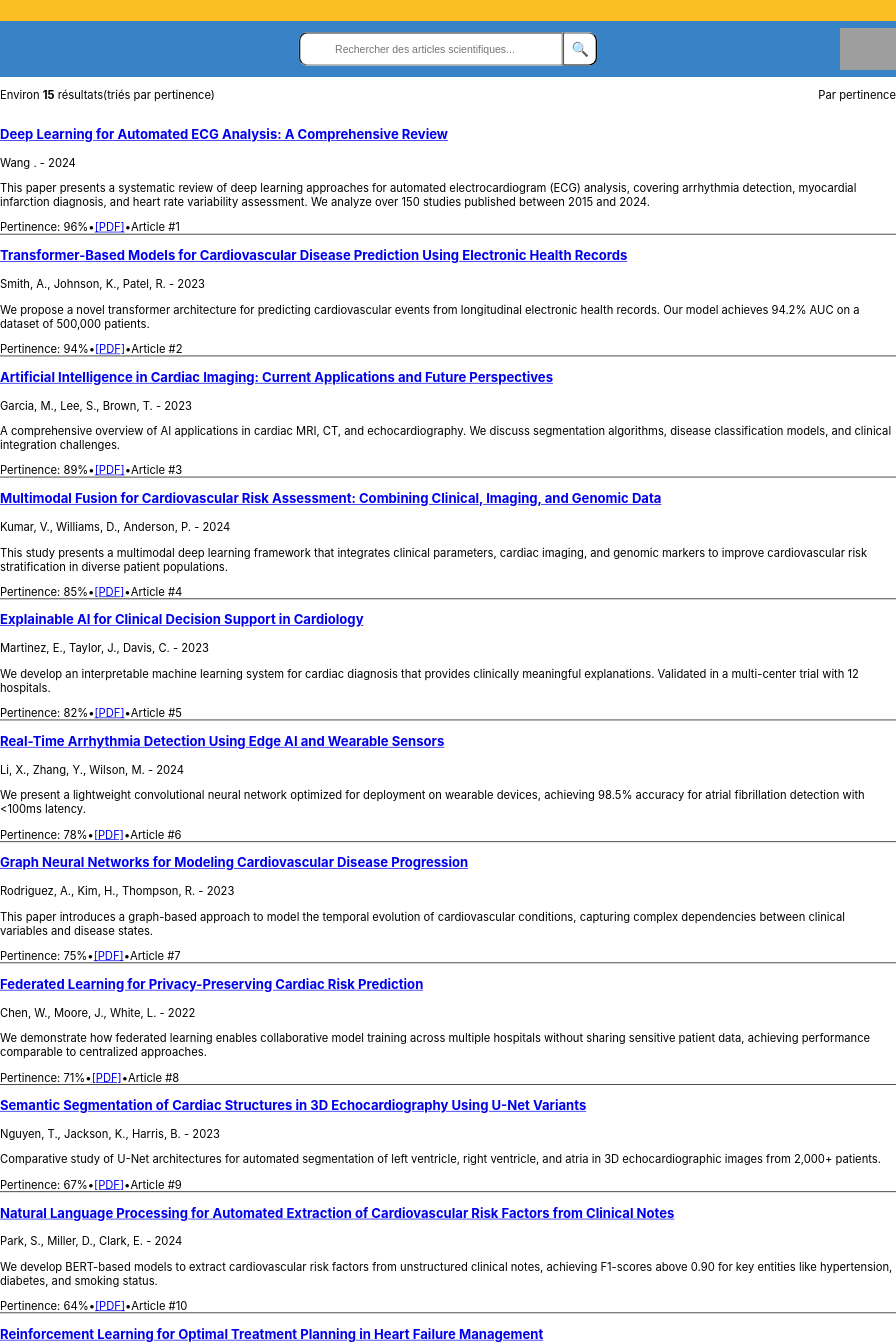
Repository: elh33/SemanticSciSearch
Page: / (app in frontend/)
An editor plug-in stored every save of this project. The page is shown before and after the next save, followed by the edit.
The browser window is 1280 px wide. The pictures show the part of the page from y = 0 to 1920 px (the page is 2685 px tall), at 70% of full size.
Pictures or frames that could not be fetched are drawn as grey boxes. The project was rebuilt for these pictures with package versions that can differ from the ones it lists, and the page was loaded fresh each time.

Above is the page before, as saved 2025-11-21 23:24:57.

### frontend/index.html
<!DOCTYPE html>
<html lang="en">
  <head>
    <meta charset="UTF-8" />
    <meta name="viewport" content="width=device-width, initial-scale=1.0" />
    <title>SemanticSciSearch</title>
  </head>
  <body>
    <div id="root"></div>
    <script type="module" src="/src/index.tsx"></script>
  </body>
</html>

### frontend/src/index.tsx
import React from 'react';
import ReactDOM from 'react-dom';
import App from './App';
import './index.css';

ReactDOM.render(
  <React.StrictMode>
    <App />
  </React.StrictMode>,
  document.getElementById('root')
);

### frontend/src/App.tsx
import React from 'react';
// Importe le composant de recherche principal
import SearchResults from './components/SearchResults';

// Le composant App.tsx est le conteneur principal de l'application.
function App() {
  return (
    // Utilisation d'un fragment React (<>...</>) ou d'un <div> si tu as des styles globaux
    <>
      {/* Le composant SearchResults contient maintenant :
        - Le titre et le sous-titre de l'application.
        - La barre de recherche.
        - L'orchestration de la logique (appels à api.ts).
        - L'affichage de la liste des ArticleCard.
      */}
      <SearchResults />
    </>
  );
}

export default App;

### frontend/src/components/SearchResults.tsx
import React, { useState, useEffect } from 'react';
import { Article } from '../types';
import { searchArticles } from '../services/api';
import ArticleCard from './ArticleCard';

const SearchResults: React.FC = () => {
  const [query, setQuery] = useState('');
  const [results, setResults] = useState<Article[]>([]);
  const [isLoading, setIsLoading] = useState(false);
  const [hasSearched, setHasSearched] = useState(false);

  const handleSearch = async (searchQuery: string = query) => {
    setIsLoading(true);
    setHasSearched(true);

    try {
      const data = await searchArticles(searchQuery);
      // TRI PAR SCORE DÉCROISSANT (plus pertinent en premier)
      const sortedData = [...data].sort((a, b) => b.score - a.score);
      setResults(sortedData);
    } catch (error) {
      console.error("Erreur lors de la recherche:", error);
      setResults([]);
    } finally {
      setIsLoading(false);
    }
  };

  // Recherche initiale au chargement
  useEffect(() => {
    handleSearch('');
  }, []);

  const handleSubmit = (e: React.FormEvent) => {
    e.preventDefault();
    handleSearch();
  };

  return (
    <div className="min-h-screen bg-white">
      {/* BARRE JAUNE EN HAUT */}
      <div style={{ backgroundColor: '#fbbf24', height: '30px' }} className="w-full"></div>

      {/* En-tête avec fond bleu - GRANDE BARRE */}
      <div style={{ backgroundColor: '#3883c5ff' }} className="w-full sticky top-0 z-10 shadow-lg">
        <div className="max-w-7xl mx-auto px-4 py-8">
          <div className="flex items-center justify-between gap-6">
            {/* Espace vide à gauche pour centrer la barre */}
            <div className="flex-1"></div>

            {/* Barre de recherche au centre - ZONE PLUS GRANDE */}
            <form onSubmit={handleSubmit} className="flex-1 max-w-4xl">
              <div className="flex shadow-2xl" style={{ border: '0px solid #fbbf24', borderRadius: '12px', backgroundColor: 'white' }}>
                <input
                  type="text"
                  value={query}
                  onChange={(e) => setQuery(e.target.value)}
                  placeholder="Rechercher des articles scientifiques..."
                  className="flex-grow outline-none"
                  style={{
                    borderRadius: '12px 0 0 12px',
                    padding: '10px 50px',
                    fontSize: '15px'
                  }}
                />
                <button
                  type="submit"
                  className="text-white font-bold hover:opacity-90 transition-opacity"
                  style={{
                    backgroundColor: '#ffffffff',
                    borderRadius: '0 12px 12px 0',
                    padding: '10px 10px',
                    fontSize: '20px'
                  }}
                >
                  🔍
                </button>
              </div>
            </form>

            {/* Logo fleur.png à droite */}
            <div className="flex-1 flex justify-end">
              <img
                src="/fleur.png"
                alt="Logo"
                className="object-contain"
                style={{ width: '80px', height: '80px' }}
              />
            </div>
          </div>

        </div>
      </div>

      {/* Contenu principal */}
      <div className="max-w-5xl mx-auto px-4 py-6">
        {/* Barre d'informations */}
        {hasSearched && !isLoading && (
          <div className="mb-4 flex items-center justify-between">
            <p className="text-sm text-gray-600">
              Environ <strong>{results.length}</strong> résultat{results.length > 1 ? 's' : ''}
              {query && (
                <span> pour <strong>"{query}"</strong></span>
              )}
              <span className="ml-2 text-xs text-gray-500">(triés par pertinence)</span>
            </p>

            {/* Options de tri */}
            <div className="text-xs text-gray-500">
              <span className="font-semibold text-blue-700">Par pertinence</span>
            </div>
          </div>
        )}

        {/* Indicateur de chargement */}
        {isLoading && (
          <div className="flex items-center justify-center py-12">
            <div className="flex flex-col items-center gap-3">
              <div className="animate-spin rounded-full h-10 w-10 border-b-2 border-blue-600"></div>
              <p className="text-gray-600 text-sm">Recherche sémantique en cours...</p>
            </div>
          </div>
        )}

        {/* Liste des résultats */}
        {!isLoading && (
          <div className="bg-white">
            {results.length > 0 ? (
              results.map((article) => (
                <ArticleCard key={article.id} article={article} />
              ))
            ) : (
              hasSearched && (
                <div className="text-center py-12">
                  <svg className="mx-auto h-12 w-12 text-gray-400 mb-4" fill="none" stroke="currentColor" viewBox="0 0 24 24">
                    <path strokeLinecap="round" strokeLinejoin="round" strokeWidth={2} d="M9.172 16.172a4 4 0 015.656 0M9 10h.01M15 10h.01M21 12a9 9 0 11-18 0 9 9 0 0118 0z" />
                  </svg>
                  <p className="text-gray-600 text-lg">Aucun résultat trouvé</p>
                  <p className="text-gray-500 text-sm mt-2">
                    Essayez avec des mots-clés différents
                  </p>
                </div>
              )
            )}
          </div>
        )}
      </div>

      {/* Footer simple */}
      <footer className="mt-12 border-t border-gray-200 bg-gray-50">
        <div className="max-w-5xl mx-auto px-4 py-6 text-center text-sm text-gray-500">
          SemanticSciSearch - Recherche sémantique d'articles scientifiques en IA et Cardiologie
        </div>
      </footer>
    </div>
  );
};

export default SearchResults;

### frontend/src/services/api.ts
import { Article } from '../types';
import { MOCK_RESULTS } from '../data/mockData';
import axios from 'axios';

// 💡 INTERRUPTEUR : Passez à 'false' (ou commentez/supprimez) cette ligne
// UNIQUEMENT lorsque le Back-End FastAPI est prêt.
const USE_MOCK_DATA = true;

// URL de base lue depuis le .env pour le mode production
// Le .env doit contenir VITE_API_URL=http://localhost:8000
const API_BASE_URL = 'http://localhost:8000';

/**
 * Fonction principale de recherche d'articles.
 * Elle utilise soit les données mockées, soit l'API réelle.
 * @param query Le texte de la requête de l'utilisateur.
 * @returns Une promesse qui résout vers un tableau d'articles.
 */
export const searchArticles = async (query: string): Promise<Article[]> => {
  if (USE_MOCK_DATA) {
    // --- MODE MOCKÉ ---
    console.log(`[MOCK] Simulation de recherche pour: "${query}"`);

    // 1. Simuler le délai réseau (500ms) pour une meilleure expérience utilisateur
    await new Promise(resolve => setTimeout(resolve, 500));

    // 2. Simuler un filtre simple (recherche du mot-clé dans le titre)
    // S'il n'y a pas de requête (query vide), on renvoie tout.
    const lowerCaseQuery = query.toLowerCase();

    return MOCK_RESULTS.filter(article =>
        article.title.toLowerCase().includes(lowerCaseQuery) || lowerCaseQuery.length === 0
    );

  } else {
    // --- MODE PRODUCTION (Axios) ---
    console.log(`[AXIOS] Requête réelle vers: ${API_BASE_URL}/search pour: "${query}"`);

    try {
      // 1. Envoi de la requête POST à FastAPI
      const response = await axios.post(`${API_BASE_URL}/search`, { query });

      // 2. Retourne les données (TypeScript vérifie que c'est un tableau d'Articles)
      return response.data as Article[];

    } catch (error) {
      console.error("Erreur lors de l'appel à l'API de recherche:", error);
      // En cas d'échec de l'API, on renvoie un tableau vide
      return [];
    }
  }
};

### frontend/src/components/ArticleCard.tsx
import React from 'react';
import { Article } from '../types';

interface ArticleCardProps {
  article: Article;
}

const ArticleCard: React.FC<ArticleCardProps> = ({ article }) => {
  const scorePercent = (article.score * 100).toFixed(0);

  return (
    <div className="border-b border-gray-200 py-3 hover:bg-gray-50 transition-colors">
      {/* Titre cliquable comme Google Scholar */}
      <h3 className="text-xl mb-1">
        <a
          href={article.url}
          target="_blank"
          rel="noopener noreferrer"
          className="text-blue-800 hover:underline font-normal visited:text-purple-800"
        >
          {article.title}
        </a>
      </h3>

      {/* Auteurs et année */}
      <p className="text-sm text-gray-600 mb-2">
        {article.authors} - <span className="font-medium">{article.year}</span>
      </p>

      {/* Résumé */}
      <p className="text-sm text-gray-700 leading-relaxed mb-2">
        {article.abstract}
      </p>

      {/* Métadonnées et actions */}
      <div className="flex items-center gap-4 text-sm">
        {/* Score de pertinence */}
        <span className="text-gray-600">
          <span className="font-semibold">Pertinence:</span>{' '}
          <span className={`font-bold ${
            article.score > 0.8 ? 'text-green-600' :
            article.score > 0.5 ? 'text-yellow-600' :
            'text-gray-500'
          }`}>
            {scorePercent}%
          </span>
        </span>

        {/* Séparateur */}
        <span className="text-gray-400">•</span>

        {/* Lien PDF */}
        <a
          href={article.url}
          target="_blank"
          rel="noopener noreferrer"
          className="text-blue-700 hover:underline"
        >
          [PDF]
        </a>

        {/* Séparateur */}
        <span className="text-gray-400">•</span>

        {/* ID de l'article */}
        <span className="text-gray-400 text-xs">
          Article #{article.id}
        </span>
      </div>
    </div>
  );
};

export default ArticleCard;

### frontend/src/data/mockData.ts
import { Article } from '../types';

export const MOCK_RESULTS: Article[] = [
  {
    id: '1',
    title: 'Deep Learning for Automated ECG Analysis: A Comprehensive Review',
    abstract: "This paper presents a systematic review of deep learning approaches for automated electrocardiogram (ECG) analysis, covering arrhythmia detection, myocardial infarction diagnosis, and heart rate variability assessment. We analyze over 150 studies published between 2015 and 2024.",
    authors: "Wang .",
    year: 2024,
    score: 0.96,
    url: 'https://arxiv.org/pdf/2301.04634'
  },
  {
    id: '2',
    title: 'Transformer-Based Models for Cardiovascular Disease Prediction Using Electronic Health Records',
    abstract: "We propose a novel transformer architecture for predicting cardiovascular events from longitudinal electronic health records. Our model achieves 94.2% AUC on a dataset of 500,000 patients.",
    authors: "Smith, A., Johnson, K., Patel, R.",
    year: 2023,
    score: 0.94,
    url: 'https://arxiv.org/pdf/2305.12987'
  },
  {
    id: '3',
    title: 'Artificial Intelligence in Cardiac Imaging: Current Applications and Future Perspectives',
    abstract: "A comprehensive overview of AI applications in cardiac MRI, CT, and echocardiography. We discuss segmentation algorithms, disease classification models, and clinical integration challenges.",
    authors: "Garcia, M., Lee, S., Brown, T.",
    year: 2023,
    score: 0.89,
    url: 'https://arxiv.org/pdf/2203.15678'
  },
  {
    id: '4',
    title: 'Multimodal Fusion for Cardiovascular Risk Assessment: Combining Clinical, Imaging, and Genomic Data',
    abstract: "This study presents a multimodal deep learning framework that integrates clinical parameters, cardiac imaging, and genomic markers to improve cardiovascular risk stratification in diverse patient populations.",
    authors: "Kumar, V., Williams, D., Anderson, P.",
    year: 2024,
    score: 0.85,
    url: '/documents/multimodal-cardio-risk.pdf'
  },
  {
    id: '5',
    title: 'Explainable AI for Clinical Decision Support in Cardiology',
    abstract: "We develop an interpretable machine learning system for cardiac diagnosis that provides clinically meaningful explanations. Validated in a multi-center trial with 12 hospitals.",
    authors: "Martinez, E., Taylor, J., Davis, C.",
    year: 2023,
    score: 0.82,
    url: 'https://arxiv.org/pdf/2511.13703.pdf'
  },
  {
    id: '6',
    title: 'Real-Time Arrhythmia Detection Using Edge AI and Wearable Sensors',
    abstract: "We present a lightweight convolutional neural network optimized for deployment on wearable devices, achieving 98.5% accuracy for atrial fibrillation detection with <100ms latency.",
    authors: "Li, X., Zhang, Y., Wilson, M.",
    year: 2024,
    score: 0.78,
    url: '/documents/edge-ai-arrhythmia.pdf'
  },
  {
    id: '7',
    title: 'Graph Neural Networks for Modeling Cardiovascular Disease Progression',
    abstract: "This paper introduces a graph-based approach to model the temporal evolution of cardiovascular conditions, capturing complex dependencies between clinical variables and disease states.",
    authors: "Rodriguez, A., Kim, H., Thompson, R.",
    year: 2023,
    score: 0.75,
    url: 'https://arxiv.org/pdf/2204.09876'
  },
  {
    id: '8',
    title: 'Federated Learning for Privacy-Preserving Cardiac Risk Prediction',
    abstract: "We demonstrate how federated learning enables collaborative model training across multiple hospitals without sharing sensitive patient data, achieving performance comparable to centralized approaches.",
    authors: "Chen, W., Moore, J., White, L.",
    year: 2022,
    score: 0.71,
    url: '/documents/federated-cardiac.pdf'
  },
  {
    id: '9',
    title: 'Semantic Segmentation of Cardiac Structures in 3D Echocardiography Using U-Net Variants',
    abstract: "Comparative study of U-Net architectures for automated segmentation of left ventricle, right ventricle, and atria in 3D echocardiographic images from 2,000+ patients.",
    authors: "Nguyen, T., Jackson, K., Harris, B.",
    year: 2023,
    score: 0.67,
    url: '/documents/3d-echo-segmentation.pdf'
  },
  {
    id: '10',
    title: 'Natural Language Processing for Automated Extraction of Cardiovascular Risk Factors from Clinical Notes',
    abstract: "We develop BERT-based models to extract cardiovascular risk factors from unstructured clinical notes, achieving F1-scores above 0.90 for key entities like hypertension, diabetes, and smoking status.",
    authors: "Park, S., Miller, D., Clark, E.",
    year: 2024,
    score: 0.64,
    url: 'https://arxiv.org/pdf/2302.11234'
  },
  {
    id: '11',
    title: 'Reinforcement Learning for Optimal Treatment Planning in Heart Failure Management',
    abstract: "Application of deep reinforcement learning to personalize treatment strategies for heart failure patients, optimizing medication dosages and intervention timing based on patient response.",
    authors: "Ahmed, R., Lewis, G., Young, N.",
    year: 2022,
    score: 0.58,
    url: '/documents/rl-heart-failure.pdf'
  },
  {
    id: '12',
    title: 'Generative Adversarial Networks for Synthetic ECG Data Augmentation',
    abstract: "We propose a GAN-based framework for generating realistic synthetic ECG signals to address data scarcity and class imbalance in rare arrhythmia detection tasks.",
    authors: "Hoffman, P., Scott, A., King, V.",
    year: 2023,
    score: 0.52,
    url: '/documents/gan-ecg-augmentation.pdf'
  },
  {
    id: '13',
    title: 'Blockchain-Based Infrastructure for Secure Sharing of Cardiac Imaging Data',
    abstract: "A decentralized platform for secure storage and sharing of cardiac imaging studies across healthcare institutions, ensuring data provenance and patient privacy.",
    authors: "Green, T., Adams, F., Wright, M.",
    year: 2022,
    score: 0.45,
    url: '/documents/blockchain-cardiac-imaging.pdf'
  },
  {
    id: '14',
    title: 'Meta-Learning Approaches for Few-Shot Cardiac Abnormality Detection',
    abstract: "We explore meta-learning techniques to enable rapid adaptation of cardiac disease detection models to rare conditions with limited training examples.",
    authors: "Baker, L., Turner, S., Phillips, O.",
    year: 2023,
    score: 0.38,
    url: '/documents/meta-learning-cardiac.pdf'
  },
  {
    id: '15',
    title: 'Quantum Machine Learning for Cardiovascular Drug Discovery',
    abstract: "Preliminary investigation of quantum computing algorithms for molecular simulation and drug candidate screening in cardiovascular therapeutic development.",
    authors: "Collins, R., Morris, J., Cooper, W.",
    year: 2024,
    score: 0.22,
    url: '/documents/quantum-ml-cardio.pdf'
  }
];

Loaded but not shown: frontend/src/index.css (common file)

After the next save:
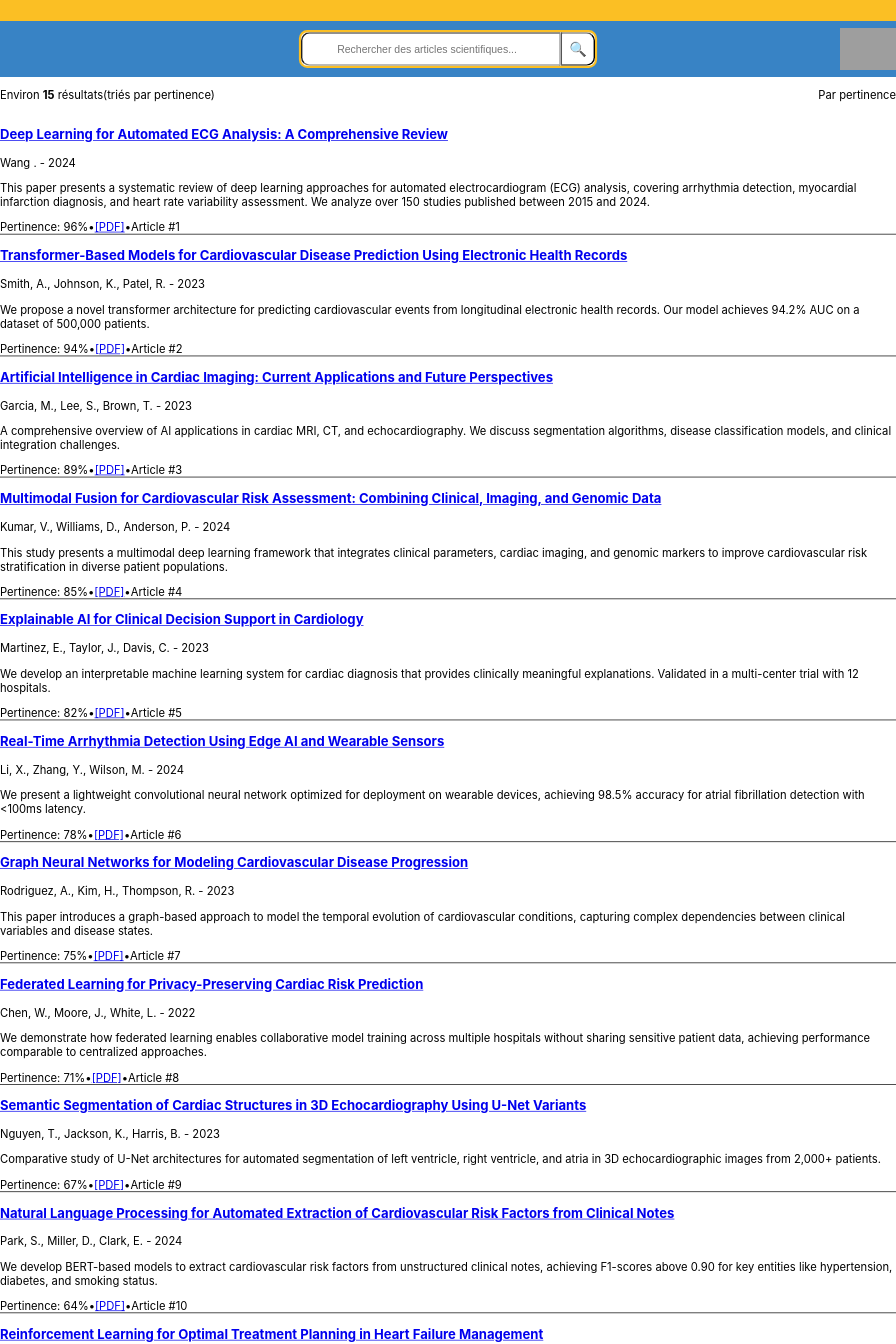
Saved 8 s later.
--- a/frontend/src/components/SearchResults.tsx
+++ b/frontend/src/components/SearchResults.tsx
@@ -50,7 +50,7 @@ const SearchResults: React.FC = () => {
 
             {/* Barre de recherche au centre - ZONE PLUS GRANDE */}
             <form onSubmit={handleSubmit} className="flex-1 max-w-4xl">
-              <div className="flex shadow-2xl" style={{ border: '0px solid #fbbf24', borderRadius: '12px', backgroundColor: 'white' }}>
+              <div className="flex shadow-2xl" style={{ border: '03px solid #fbbf24', borderRadius: '12px', backgroundColor: 'white' }}>
                 <input
                   type="text"
                   value={query}
